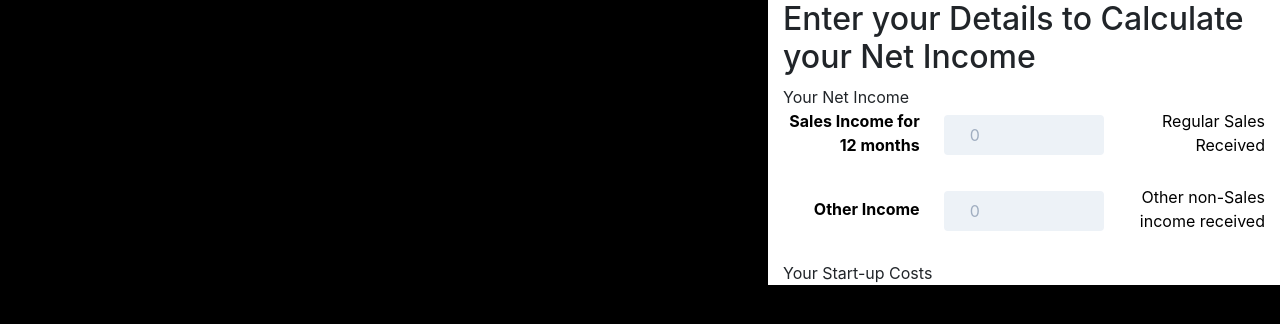
Repository: latenightsnacc/Financial-Forecast
Page: financial-forecast.html
An editor plug-in stored every save of this project. The page is shown before and after the next save, followed by the edit.
The browser window is 1280 px wide. The pictures show the whole page.

Above is the page before, as saved 2020-11-15 11:44:57.

After the next save:
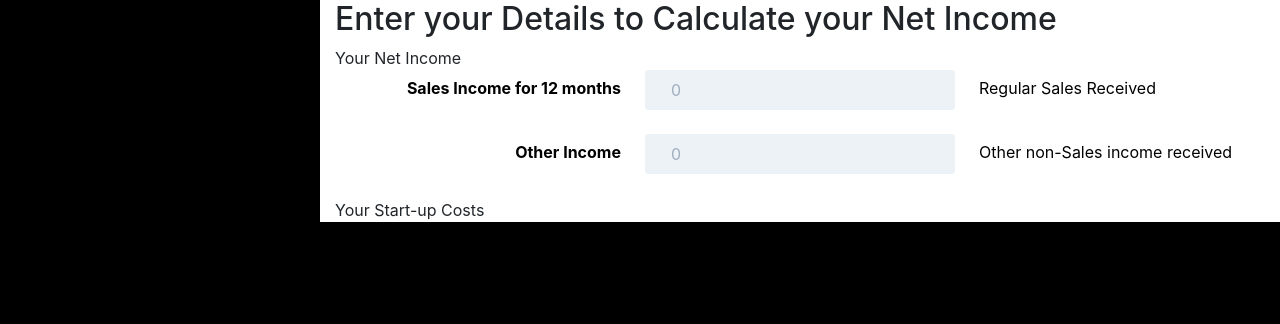
Saved 55 s later.
--- a/financial-forecast.html
+++ b/financial-forecast.html
@@ -16,7 +16,7 @@
     <div class="container">
         <!--Navigation-->
     </div>
-    <div class="wrapper float-right max-w-lg bg-white">
+    <div class="wrapper float-right w-3/4 bg-white">
         <div class="container">
             <h2 class="title">Enter your Details to Calculate your Net Income</h2>
         </div>
